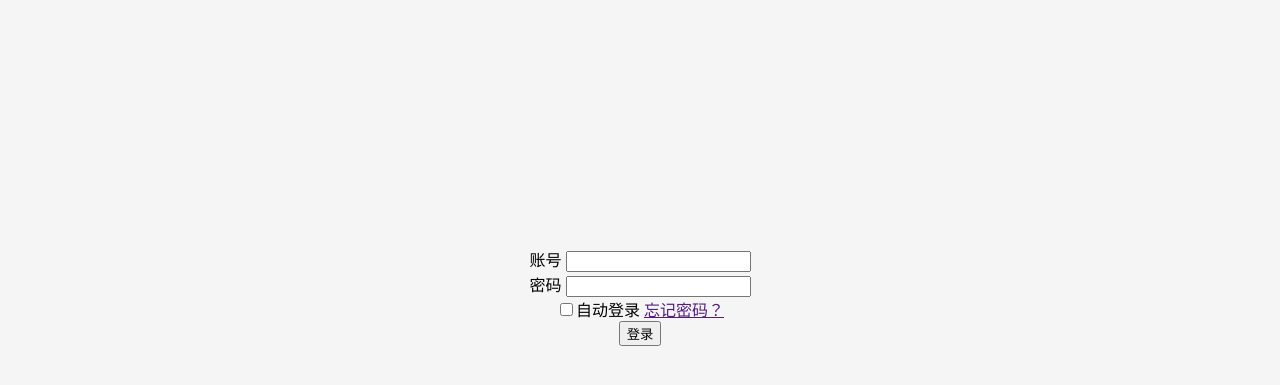
Repository: Jiege005/mytest-software-project
Page: mytest/WebContent/mod1.1.html
An editor plug-in stored every save of this project. The page is shown before and after the next save, followed by the edit.
The browser window is 1280 px wide. The pictures show the whole page.

Above is the page before, as saved 2025-06-18 12:54:35.

### mytest/WebContent/mod1.1.html
<!DOCTYPE html>
<html>
	<head>
		<meta charset="UTF-8">
		<title>登录</title>
		<style type="text/css">
			form{
				text-align: center
			}
			body {
            background-color: #f5f5f5;
            display: flex;
            justify-content: center;
            align-items: center;
            min-height: 80vh;
        }
		</style>
		<style>
			a:link {color:blue;}      /* 未访问链接*/
			a:visited {}  /* 已访问链接 */
			a:hover {color:purple;}  /* 鼠标移动到链接上 */
			a:active {color:purple;}  /* 鼠标点击时 */
		</style>
	</head>
	<body>
		<form>
		  <div class="form-group">
		    <label for="InputAccount">账号</label>
		    <input type="text" class="form-control" id="InputAccount1">
		  </div>
		  <div class="form-group">
		    <label for="exampleInputPassword1">密码</label>
		    <input type="password" class="form-control" id="exampleInputPassword1">
		  </div>
		  <input type="checkbox" value="">自动登录
		  <a href="" target="_blank">忘记密码？</a>
		  <br>
		  <button type="submit" class="btn btn-default">登录</button>
		</form>
	</body>
</html>

After the next save:
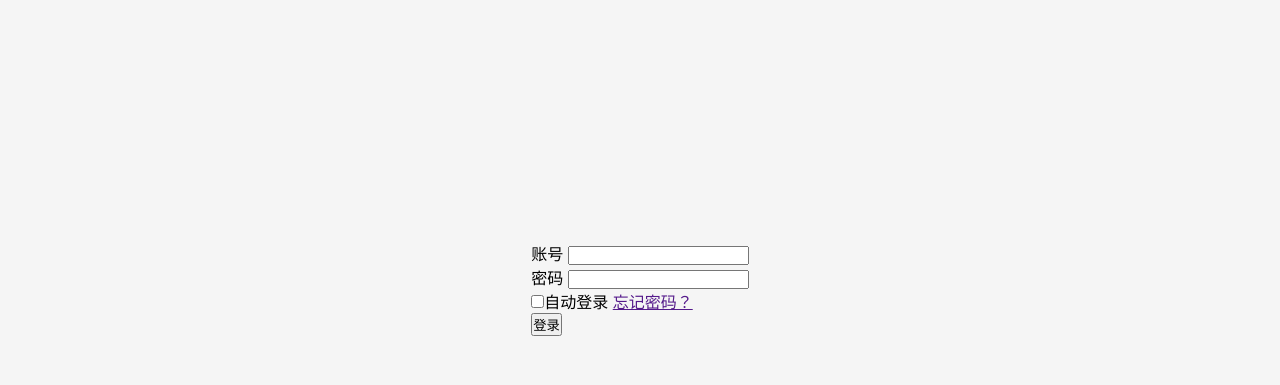
Saved 20 s later.
--- a/mytest/WebContent/mod1.1.html
+++ b/mytest/WebContent/mod1.1.html
@@ -4,9 +4,12 @@
 		<meta charset="UTF-8">
 		<title>登录</title>
 		<style type="text/css">
-			form{
-				text-align: center
-			}
+			* {
+	            margin: 0;
+	            padding: 0;
+	            box-sizing: border-box;
+	            font-family: 'Arial', sans-serif;
+	        }
 			body {
             background-color: #f5f5f5;
             display: flex;
